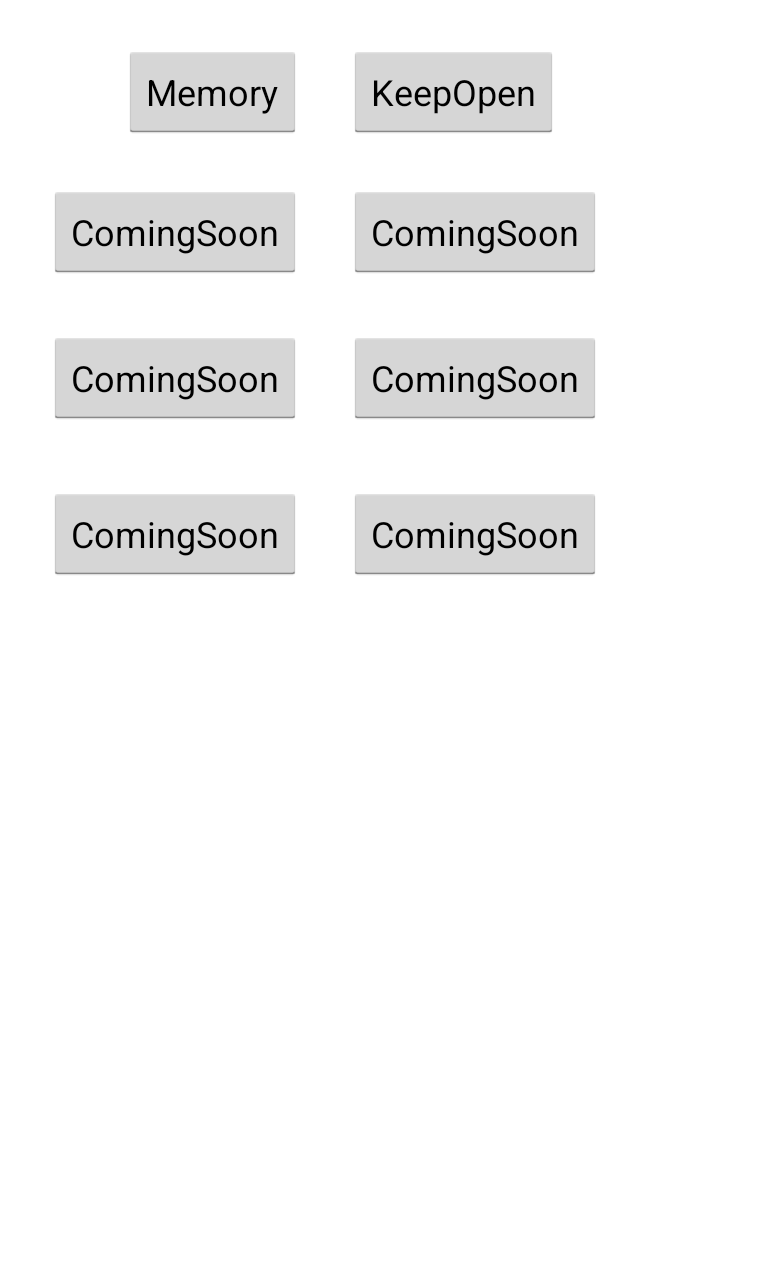
Repository: mpdehnel/seg
Layout: VectorOne/res/layout/activity_playground.xml
An editor plug-in stored every save of this project. The layout is shown before and after the next save, followed by the edit.
It is drawn on a 768 x 1280 px phone screen (xhdpi) without system bars, with theme AppTheme; the app's code is not run.

Above is the layout before, as saved 2013-02-15 01:04:08.

After the next save:
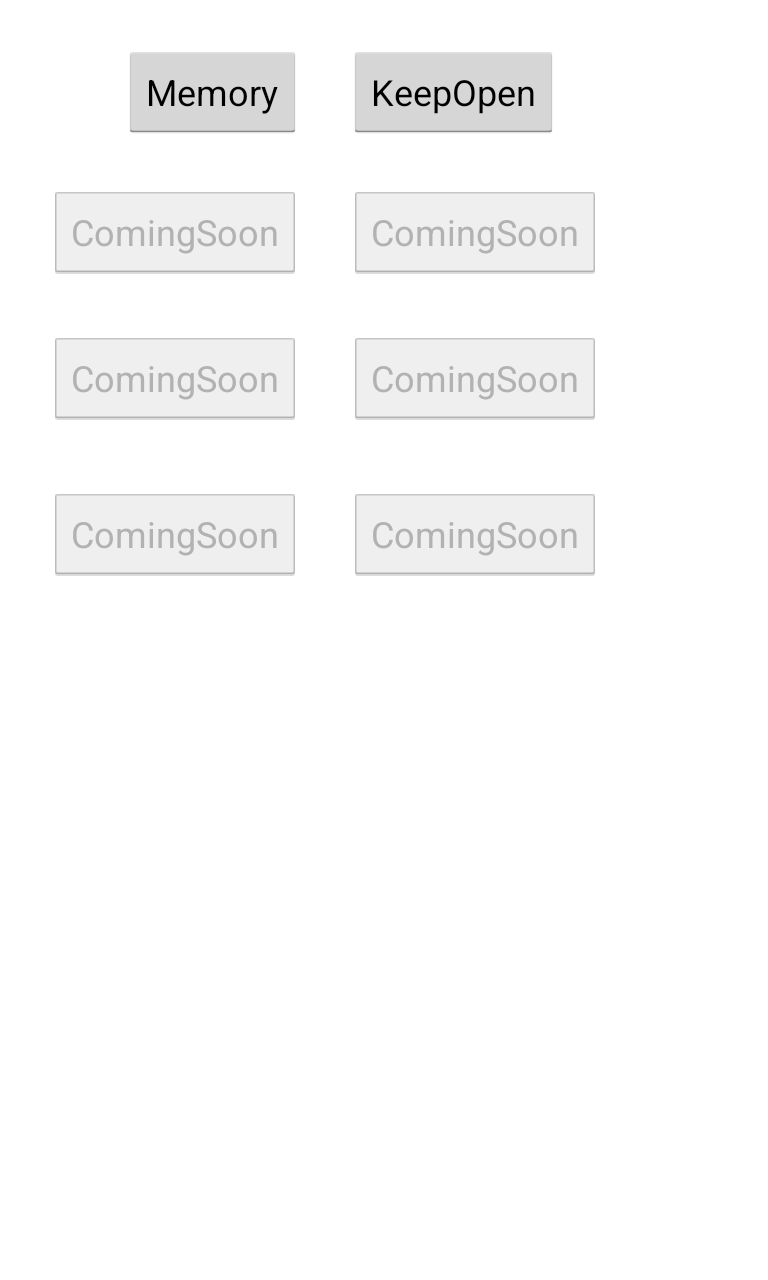
Saved 38 s later.
--- a/VectorOne/res/layout/activity_playground.xml
+++ b/VectorOne/res/layout/activity_playground.xml
@@ -28,6 +28,7 @@
         android:layout_width="wrap_content"
         android:layout_height="wrap_content"
         android:layout_below="@+id/memory_button"
+        android:enabled="false"
         android:layout_marginTop="22dp"
         android:layout_toLeftOf="@+id/KeepOpen_button"
         android:text="ComingSoon" />
@@ -38,6 +39,7 @@
         android:id="@+id/ComingSoon6"
         android:layout_width="wrap_content"
         android:layout_height="wrap_content"
+        android:enabled="false"
         android:layout_alignBaseline="@+id/ComingSoon3"
         android:layout_alignBottom="@+id/ComingSoon3"
         android:layout_alignLeft="@+id/ComingSoon4"
@@ -47,6 +49,7 @@
         android:id="@+id/ComingSoon4"
         android:layout_width="wrap_content"
         android:layout_height="wrap_content"
+        android:enabled="false"
         android:layout_alignBaseline="@+id/ComingSoon1"
         android:layout_alignBottom="@+id/ComingSoon1"
         android:layout_alignLeft="@+id/KeepOpen_button"
@@ -56,6 +59,7 @@
         android:id="@+id/ComingSoon3"
         android:layout_width="wrap_content"
         android:layout_height="wrap_content"
+        android:enabled="false"
         android:layout_below="@+id/ComingSoon2"
         android:layout_marginTop="30dp"
         android:layout_toLeftOf="@+id/KeepOpen_button"
@@ -65,6 +69,7 @@
         android:id="@+id/ComingSoon2"
         android:layout_width="wrap_content"
         android:layout_height="wrap_content"
+        android:enabled="false"
         android:layout_alignLeft="@+id/ComingSoon1"
         android:layout_below="@+id/ComingSoon1"
         android:layout_marginTop="25dp"
@@ -74,6 +79,7 @@
         android:id="@+id/ComingSoon5"
         android:layout_width="wrap_content"
         android:layout_height="wrap_content"
+        android:enabled="false"
         android:layout_alignBaseline="@+id/ComingSoon2"
         android:layout_alignBottom="@+id/ComingSoon2"
         android:layout_alignLeft="@+id/ComingSoon4"
